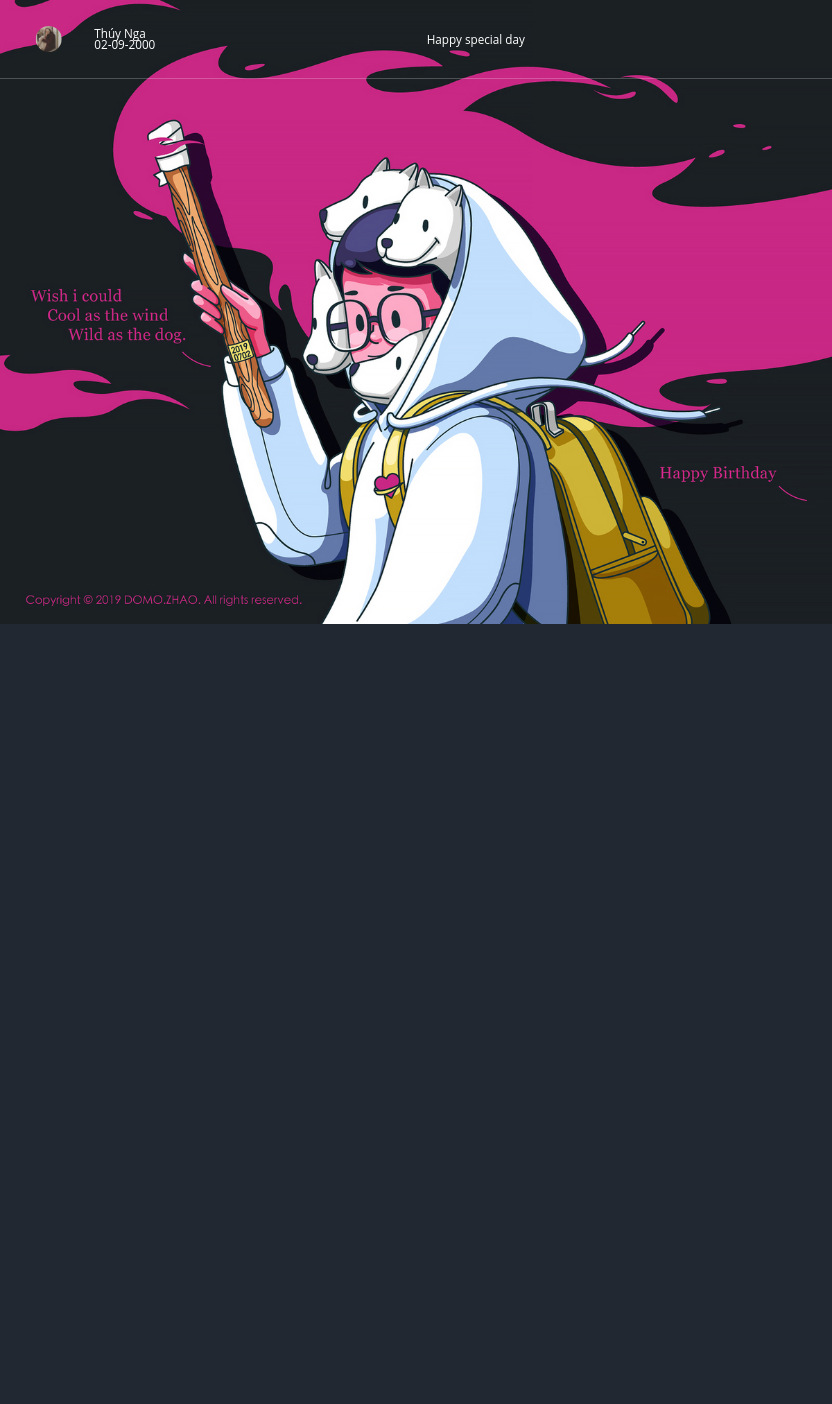
Repository: Datt21/p-happyB
Page: index.html
The author's editor kept a copy of each file at every save. The page is drawn from the files as they stood at one save, then again after the next save.
The browser window is 1280 px wide. The pictures show the whole page, at 65% of full size.
Some icons come from a web library that is not loaded, so they are not drawn.

Above is the page before, as saved 2021-08-31 04:55:10.

### index.html
<!DOCTYPE html>
<html lang="en">
<head>
    <meta charset="UTF-8">
    <meta http-equiv="X-UA-Compatible" content="IE=edge">
    <meta name="viewport" content="width=device-width, initial-scale=1.0">
    <title>Document</title>
    <link rel="stylesheet" href="https://unicons.iconscout.com/release/v4.0.0/css/line.css">
    <link rel="stylesheet" href="./app.css">
</head>
<body>
<div class="wrapper">
    <header class="header">
        <div class="container">
            <div class="header-main">
                <div class="header-info">
                    <img src="./images/lemon.jpg" alt="" class="img-logo">
                    <div class="info">
                        <div class="info-name">Thúy Nga</div>
                        <div class="birth-day">02-09-2000 <i class="uil uil-users-alt"></i> </div>
                    </div>
                </div>

                <div class="menu">
                    <span class="text">Happy special day</span>
                </div>

                <div class="icon-gift">
                    <a href=""><i class="uil uil-gift"></i></a>
                </div>
            </div>
        </div>
    </header>
</div>
    <script src="./app.js"></script>
</body>
</html>

### app.css
html {
    box-sizing: border-box;
}

* {
    margin: 0;
    padding: 0;
}

*,
*:before,
*:after {
    box-sizing: border-box;
}

a {
    text-decoration: none;
}

img {
    display: block;
    max-width: 100%;
}

html {
    scroll-behavior: smooth;
}

body {
    font-family: "Open sans", sans-serif;
    font-size: 18px;
    line-height: 1;
    color: white;
    background-color: #222831;
    overflow-x: hidden;
}

.wrapper {
    max-width: 1920px;
    margin: 0 auto;
    background: url("../images/banner.jpg") no-repeat top/100%;
    min-height: 300vh;
}

main {
    min-height: 200vh;
}
.container {
    max-width: 1200px;
    margin: 0 auto;
    padding: 0 15px;
}

.header {
    border-bottom: 1px solid rgba(255, 255, 255, 0.3);
}
.header-main {
    display: flex;
    justify-content: space-between;
    align-items: center;
    padding: 40px 0;
}
.header-info {
    display: flex;
    align-items: center;
    gap: 0 50px;
}

.img-logo {
    width: 40px;
    height: 40px;
    border-radius: 50%;
}

Loaded but not shown: app.js (no copy from this time; the picture is the same without it)

After the next save:
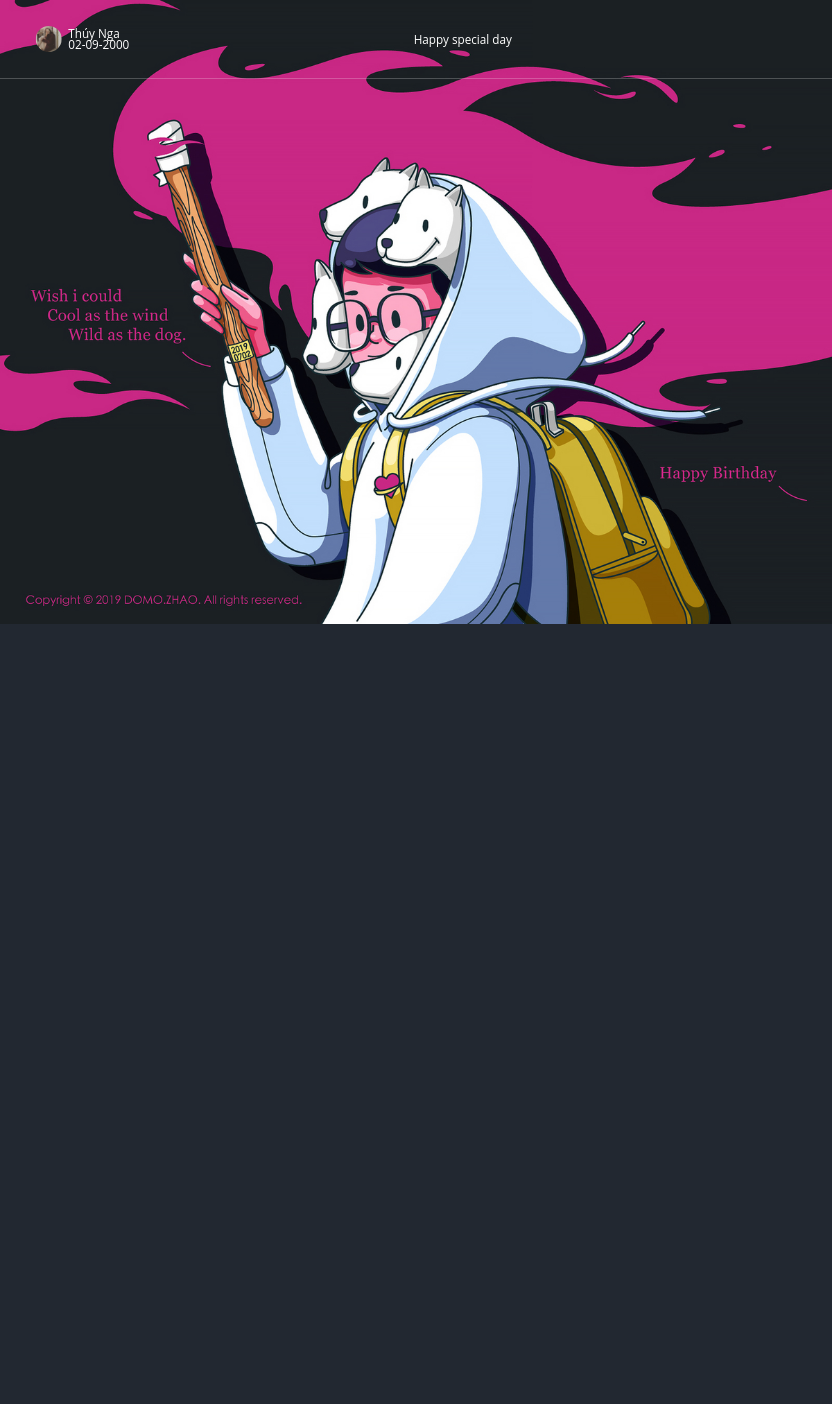
Saved 7 s later.
--- a/app.css
+++ b/app.css
@@ -63,7 +63,7 @@ main {
 .header-info {
     display: flex;
     align-items: center;
-    gap: 0 50px;
+    gap: 0 10px;
 }
 
 .img-logo {
